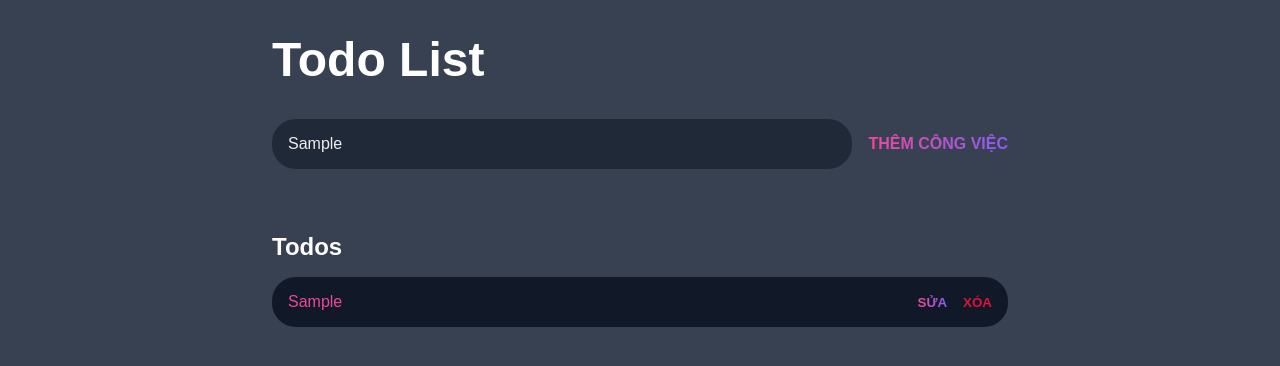
Repository: ntheanh/Todo-List
Page: index.html
The author's editor kept a copy of each file at every save. The page is drawn from the files as they stood at one save, then again after the next save.
The browser window is 1280 px wide. The pictures show the whole page.
Empty fields were first filled with sample values (such as "Sample", 5 or name@example.com).
After loading, the first visible `#new-todo-form` was submitted once.
The style sheet was rebuilt from its Sass, Less or Tailwind sources for each picture, by a compiler version that may differ from the author's.

Above is the page before, as saved 2023-03-16 14:10:36.

### index.html
<!DOCTYPE html>
<html lang="en">
  <head>
    <meta charset="UTF-8" />
    <meta http-equiv="X-UA-Compatible" content="IE=edge" />
    <meta name="viewport" content="width=device-width, initial-scale=1.0" />
    <title>My Todo List</title>
    <link rel="stylesheet" href="style.css" />
  </head>
  <body>
    <header>
      <h1>Todo List</h1>
      <form action="" id="new-todo-form">
        <input
          id="new-todo-input"
          type="text"
          name="todo"
          placeholder="Nhập công việc của bạn... "
        />
        <input id="new-todo-submit" type="submit" value="Thêm Công Việc" />
      </form>
    </header>
    <main>
      <section class="task-list">
        <h2>Todos</h2>
        <div id="tasks">
          <!-- <div class="task">
            <div class="content">
              <input
                type="text"
                class="content_input"
                value="My task"
                readonly
              />
            </div>
            <div class="actions">
              <button class="edit">Sửa</button>
              <button class="delete">Xoá</button>
            </div>
          </div> -->
        </div>
      </section>
    </main>

    <script src="app.js"></script>
  </body>
</html>

### app.js
window.addEventListener("load", () => {
  const form = document.querySelector("#new-todo-form");
  const input = document.querySelector("#new-todo-input");
  const list_el = document.querySelector("#tasks");

  form.addEventListener("submit", (e) => {
    e.preventDefault();

    const todo = input.value;

    if (!todo) {
      alert("Vui long nhap cong viec can lam");
      return;
    }

    const todo_el = document.createElement("div");
    todo_el.classList.add("task");

    const todo_content = document.createElement("div");
    todo_content.classList.add("content");

    todo_el.appendChild(todo_content);

    const todo_input = document.createElement("input");
    todo_input.classList.add("content_input");
    todo_input.type = "text";
    todo_input.value = todo;
    todo_input.setAttribute = ("readonly", "readonly");

    todo_content.appendChild(todo_input);

    const todo_actions = document.createElement("div");
    todo_actions.classList.add("actions");

    const todo_edit = document.createElement("button");
    todo_edit.classList.add("edit");
    todo_edit.innerText = "Sửa";

    const todo_delete = document.createElement("button");
    todo_delete.classList.add("delete");
    todo_delete.innerText = "Xóa";

    todo_actions.appendChild(todo_edit);
    todo_actions.appendChild(todo_delete);

    todo_el.appendChild(todo_actions);

    list_el.appendChild(todo_el);
  });
});

### style.scss
:root {
  --dark: #374151;
  --darker: #1f2937;
  --darkest: #111827;
  --gray: #6b7280;
  --light: #eee;
  --pink: #ec4899;
  --purple: #8b5cf6;
}

* {
  margin: 0;
  padding: 0;
  box-sizing: border-box;
  font-family: "Poppins", sans-serif;
}

body {
  display: flex;
  flex-direction: column;
  min-height: 100vh;
  background: var(--dark);
  color: #fff;
}

header {
  padding: 2rem;
  width: 100%;
  max-width: 800px;
  margin: 0 auto;
  h1 {
    font-size: 3rem;
    font-weight: 600;
    margin-bottom: 2rem;
  }
}
#new-todo-form {
  display: flex;
}

input,
button {
  appearance: none;
  border: none;
  outline: none;
  background: none;
}

#new-todo-input {
  flex: 1 1 0%;
  background: var(--darker);
  padding: 1rem;
  border-radius: 1.5rem;
  margin-right: 1rem;
  color: var(--light);
  font-size: 1rem;
}
#new-todo-submit {
  color: var(--pink);
  font-size: 1rem;
  font-weight: 700;
  text-transform: uppercase;
  background: linear-gradient(to right, var(--pink), var(--purple));
  background-clip: text;
  -webkit-text-fill-color: transparent;
  transition: 0.4s;
  &:hover {
    opacity: 0.8;
  }
  &:active {
    opacity: 0.6;
  }
}

main {
  flex: 1 1 0%;
  width: 100%;
  max-width: 800px;
  margin: 0 auto;
  .task-list {
    padding: 2rem;
    h2 {
      font-size: 1.5rem;
      font-weight: 600;
      margin-bottom: 1rem;
    }
    #tasks .task {
      display: flex;
      justify-content: space-between;
      background: var(--darkest);
      padding: 1rem;
      border-radius: 1.5rem;
      margin-bottom: 1rem;
      .content .content_input {
        color: var(--light);
        font-size: 1rem;
        font-weight: 500;
        &:not(:read-only) {
          color: var(--pink);
        }
      }
      .actions {
        display: flex;
        margin: 0 -0.5rem;
        button {
          text-transform: uppercase;
          margin: 0 0.5rem;
          cursor: pointer;
          font-weight: 600;
          transition: 0.4s;
          &:hover {
            opacity: 0.7;
          }
          &:active {
            opacity: 0.6;
          }
        }
        .edit {
          color: var(--pink);
          background: linear-gradient(to right, var(--pink), var(--purple));
          background-clip: text;
          -webkit-text-fill-color: transparent;
        }
        .delete {
          color: crimson;
        }
      }
    }
  }
}

After the next save:
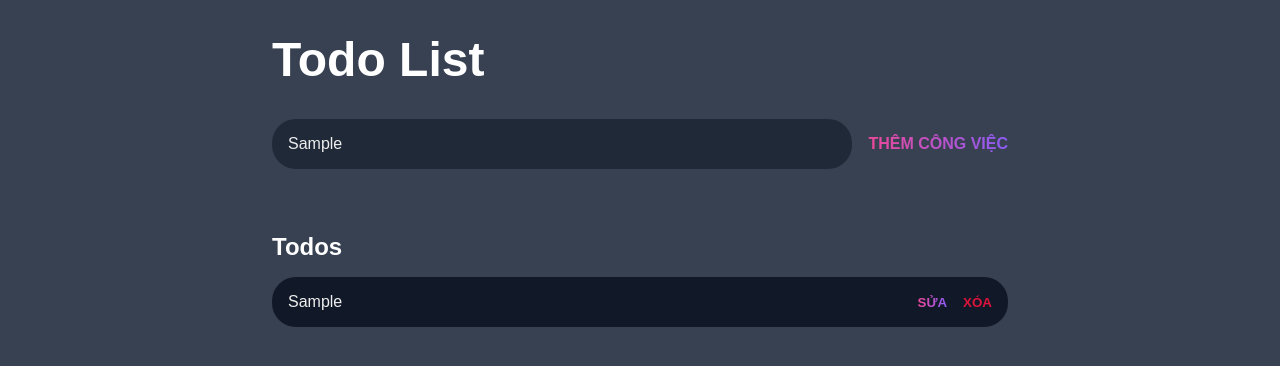
Saved 5 min 41 s later.
--- a/app.js
+++ b/app.js
@@ -25,7 +25,8 @@ window.addEventListener("load", () => {
     todo_input.classList.add("content_input");
     todo_input.type = "text";
     todo_input.value = todo;
-    todo_input.setAttribute = ("readonly", "readonly");
+
+    todo_input.setAttribute("readonly", "readonly");
 
     todo_content.appendChild(todo_input);
 
